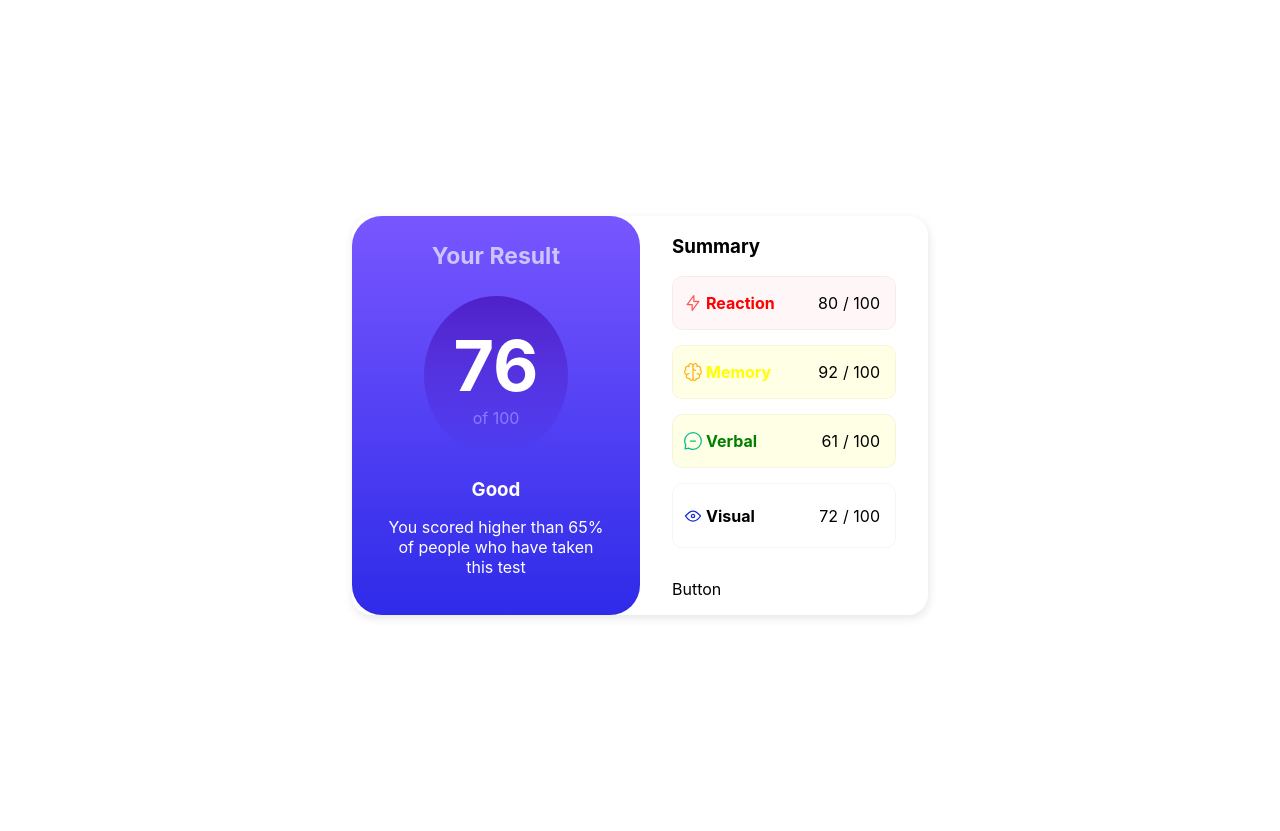
Repository: JeanPaulBassil/Result-Summary-Design
Page: /
An editor plug-in stored every save of this project. The page is shown before and after the next save, followed by the edit.
The browser window is 1280 px wide. The pictures show the whole page.
The project was rebuilt for these pictures with package versions that can differ from the ones it lists, and the page was loaded fresh each time.

Above is the page before, as saved 2023-02-24 18:02:33.

After the next save:
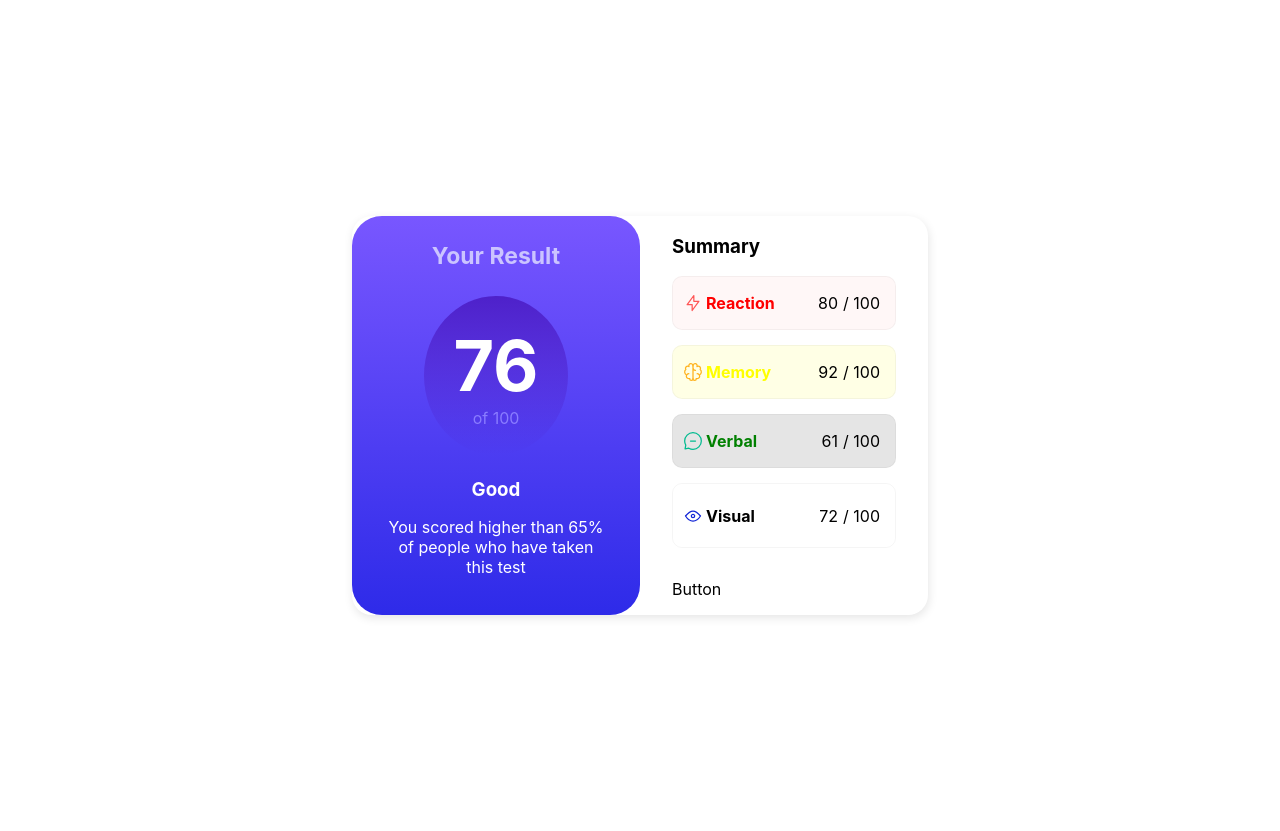
Saved 3 min 23 s later.
--- a/src/Components/Summary/Summary.css
+++ b/src/Components/Summary/Summary.css
@@ -52,7 +52,7 @@
 }
 
 .green {
-    background-color: rgba(255, 255, 0, 0.1);
+    background-color: rgba(0, 0, 0, 0.1);
 }
 
 .green > div > h4 {
